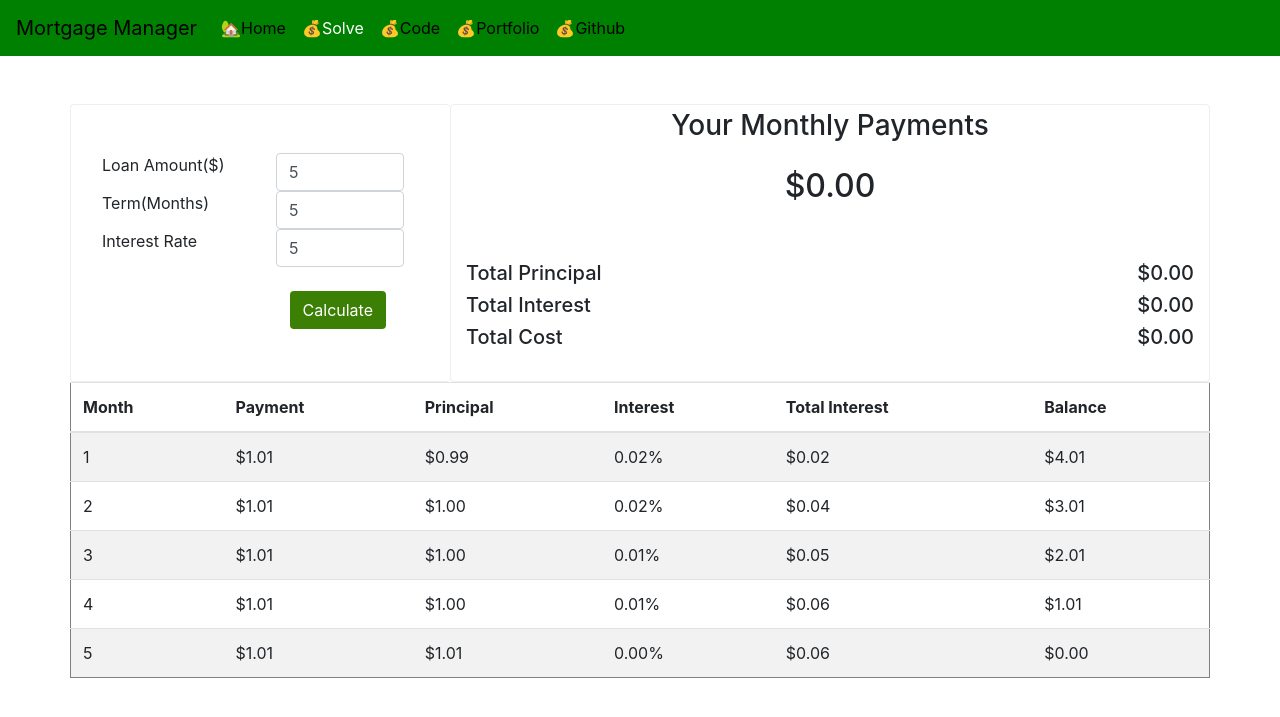
Repository: zhadjah9559/MortgageManager
Page: solve.html
An editor plug-in stored every save of this project. The page is shown before and after the next save, followed by the edit.
The browser window is 1280 px wide. The pictures show the whole page.
Empty fields were first filled with sample values (such as "Sample", 5 or name@example.com).
After loading, the first visible `button.btn` was clicked once.

Above is the page before, as saved 2021-01-17 13:56:18.
Console error: ReferenceError: nt is not defined

After the next save:
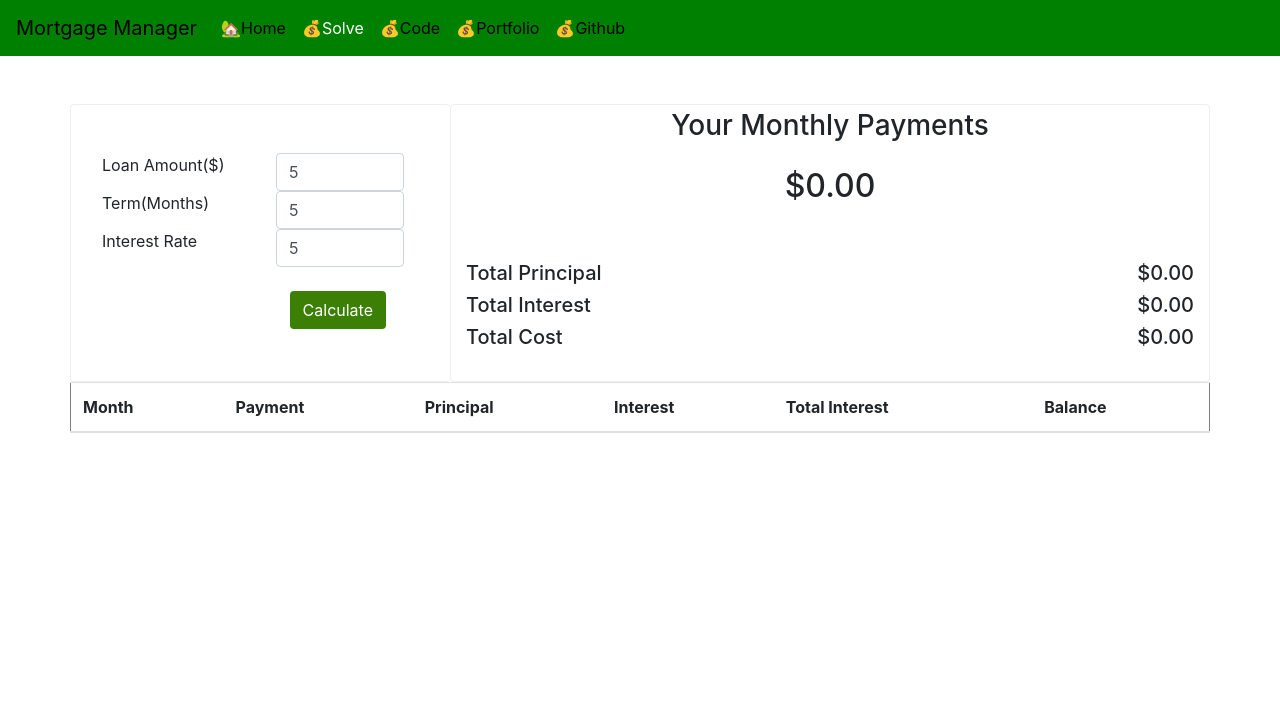
Console error: SyntaxError: Unexpected token '*'
Saved 23 s later.
--- a/js/custom.js
+++ b/js/custom.js
@@ -56,7 +56,7 @@
                  </tr>`
     }
     document.getElementById("tBody").innerHTML = tBody
-    document.getElementById("totalPrincipalOutput").innerHTML = `$${(Math.round(  nt  *100)/100).toFixed(2)}`
+    document.getElementById("totalPrincipalOutput").innerHTML = `$${(Math.round(    *100)/100).toFixed(2)}`
     document.getElementById("totalInterestOutput").innerHTML = `$${(Math.round(  loanAmount  *100)/100).toFixed(2)}`
     document.getElementById("totalCostOutput").innerHTML = `$${(Math.round( (loanAmount+totalMonthlyPayment)  *100)/100).toFixed(2)}`
 

After the 2 saves that followed:
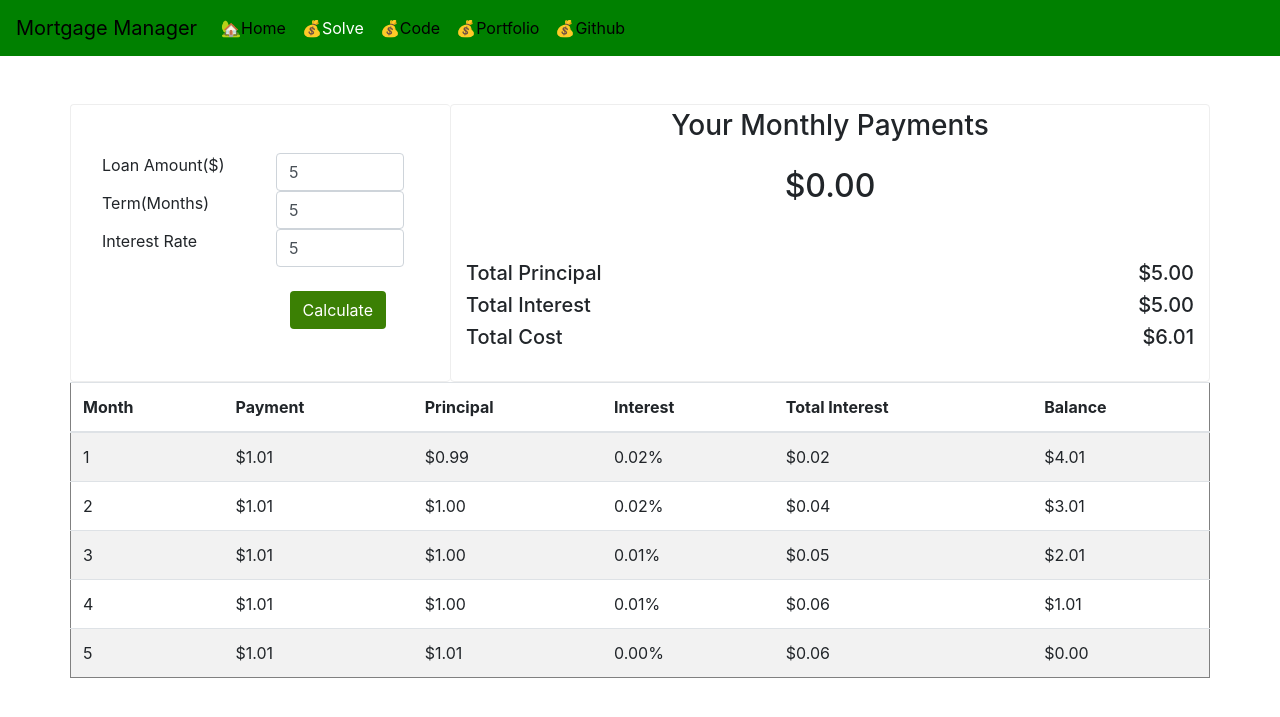
The error is gone.
The 2 saves are shown as one change because they came seconds apart.
The last was saved 15 s later.
--- a/js/custom.js
+++ b/js/custom.js
@@ -56,7 +56,7 @@
                  </tr>`
     }
     document.getElementById("tBody").innerHTML = tBody
-    document.getElementById("totalPrincipalOutput").innerHTML = `$${(Math.round(    *100)/100).toFixed(2)}`
+    document.getElementById("totalPrincipalOutput").innerHTML = `$${(Math.round(  loanAmount  *100)/100).toFixed(2)}`
     document.getElementById("totalInterestOutput").innerHTML = `$${(Math.round(  loanAmount  *100)/100).toFixed(2)}`
     document.getElementById("totalCostOutput").innerHTML = `$${(Math.round( (loanAmount+totalMonthlyPayment)  *100)/100).toFixed(2)}`
 
